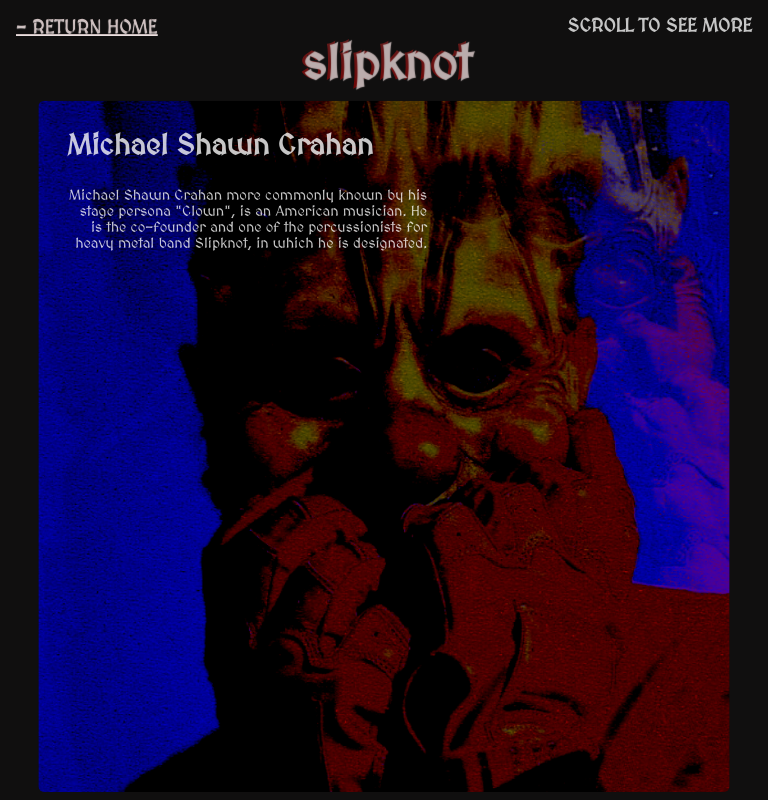
Repository: larissioana/artist-portfolio
Page: /band
The author's editor kept a copy of each file at every save. The page is drawn from the files as they stood at one save, then again after the next save.
The browser window is 768 px wide. The pictures show the whole page.
The project was rebuilt for these pictures with package versions that can differ from the ones it lists, and the page was loaded fresh each time. Also part of the build but not shown: vite.config.js, src/components/albums/albums.scss, src/utils/discography.js, src/components/modal/modal.scss, src/components/pageTransition/PageTransition.jsx, src/components/modal/Modal.jsx, src/components/albums/AlbumsPage.jsx, src/components/navigation/navigation.scss and 10 more.

Above is the page before, as saved 2024-11-04 11:01:18.

### index.html
<!doctype html>
<html lang="en">
  <head>
    <meta charset="UTF-8" />
    <link rel="icon" type="image/svg+xml" href="/public/img.png" />
    <meta name="viewport" content="width=device-width, initial-scale=1.0" />
    <link rel="preconnect" href="https://fonts.gstatic.com" crossorigin>
    <link rel="stylesheet" href="/src//index.css">
    <link href="https://fonts.googleapis.com/css2?family=MedievalSharp&display=swap" rel="stylesheet">
    <link rel="stylesheet" href="https://fonts.googleapis.com/css2?family=Material+Symbols+Outlined:opsz,wght,FILL,GRAD@20..48,100..700,0..1,-50..200" />
    <title>Artist Portfolio</title>
  </head>
  <body>
    <div id="root"></div>
    <script type="module" src="/src/main.jsx"></script>
  </body>
</html>

### src/index.css
*
{
  margin: 0;
  padding: 0;
  box-sizing: border-box;
  scrollbar-width: none;
}

body
{
  overflow-x: hidden;
  font-family: "MedievalSharp", cursive;
  background: rgb(16, 15, 15);
  color: rgb(198, 198, 198);
  scrollbar-width: none;
}

::-webkit-scrollbar {
 display: none;
}

img
{
  image-rendering: -webkit-optimize-contrast;
}

.link
{
  color: inherit;
  font-size: 1.2rem;
  text-transform: uppercase;
  color: rgb(205, 190, 190);
  text-shadow: 0px 1px 1px rgb(233, 223, 223);
}

### src/App.jsx
import { BrowserRouter, Routes, Route } from 'react-router-dom'
import AlbumsPage from './components/albums/AlbumsPage'
import Homepage from './components/homepage/Homepage'
import Tour from './components/tour/Tour'
import Films from './components/films/Films'
import { AnimatePresence } from 'framer-motion'
import PageTransition from './components/pageTransition/PageTransition'
import Band from './components/band/Band'

function App() {
  return (
    <BrowserRouter>
      <AnimatePresence layout="crossfade">
        <Routes>
          <Route path="/" element={<PageTransition><Homepage /></PageTransition>} />
          <Route path="/discography" element={<AlbumsPage />} />
          <Route path="/tour" element={<Tour />} />
          <Route path="/films" element={<Films />} />
          <Route path="/band" element={<Band />} />
        </Routes>
      </AnimatePresence>
    </BrowserRouter>
  )
}

export default App

### src/components/band/Band.jsx
import { useEffect, useRef, useState } from 'react'
import './band.css'
import { gsap } from 'gsap'
import { band } from '../../utils/band';
import Title from '../title/Title';
import { Link } from 'react-router-dom';

const Band = () => {
    const [currentSlide, setCurrentSlide] = useState(0);
    const slideRef = useRef([]);

    const handleScroll = (e) => {
        e.preventDefault();
        const { deltaY } = e;

        if (deltaY > 0) {
            setCurrentSlide((prev) => Math.min(prev + 1, band.length - 1))
        } else if (deltaY < 0) {
            setCurrentSlide((prev) => Math.max(prev - 1, 0))
        }
    };

    useEffect(() => {
        slideRef.current.forEach((slide, index) => {
            const isActive = index === currentSlide;
            gsap.to(slide, {
                scale: isActive ? 0.9 : 1,
                zIndex: isActive ? 10 : 1,
                duration: 0.5,
                ease: "power2.out",
                transform: `translateY(${(index - currentSlide) * 100}%)`
            })
        })
    }, [currentSlide]);

    useEffect(() => {
        window.addEventListener('wheel', handleScroll, { passive: false });
        return () => {
            window.removeEventListener('wheel', handleScroll);
        };
    }, []);

    return (
        <div className="band-container">
            <div className="band-link">
                <Link to="/" className="link"> {"- Return home"}</Link>
            </div>
            <div className="scroll">
                <h3>Scroll to see more</h3>
            </div>
            <Title />
            {
                band.map((artist, index) => {
                    return <div
                        key={artist.id}
                        ref={(el) => (slideRef.current[index] = el)}
                        className="slide"
                        style={{
                            position: 'absolute',
                            top: 0,
                            left: 0,
                            width: '100%',
                            height: '100%',
                            display: 'flex',
                            borderRadius: ".4rem",
                            justifyContent: 'center',
                            alignItems: 'center',
                            zIndex: index === currentSlide ? 10 : 1,
                            opacity: index === currentSlide ? 1 : 0,
                        }}
                    >
                        <img src={artist.img} alt={artist.name} />
                        <h1>{artist.name}</h1>
                        <p>{artist.description}</p>
                    </div>
                })
            }
        </div>
    )
}

export default Band

### src/components/title/Title.jsx
import { useState, useEffect } from 'react'
import { Link, useLocation } from 'react-router-dom'
import './title.css'

const Title = () => {
    const [isScrolling, setIsScrolling] = useState(false);
    const location = useLocation();
    const pathname = location.pathname;

    useEffect(() => {
        const handleScroll = () => {
            if (window.scrollY > 40) {
                setIsScrolling(true);
            } else {
                setIsScrolling(false);
            }
        };
        window.addEventListener('scroll', handleScroll);
        return () => {
            window.removeEventListener('scroll', handleScroll);
        };
    }, []);

    return (
        <div className="title">
            <Link to="/" className="logo" style={{
                fontSize: isScrolling ? "2rem" : "3rem",
                textShadow: pathname === '/' ? " 3px 1px 1px rgb(172, 14, 14)" : "",
                marginTop: pathname === '/band' ? "2rem" : ""
            }}>Slipknot</Link>
        </div>
    )
}

export default Title

### src/components/band/band.css
.band-container
{
    position: relative;
    height: 100vh;
    overflow: hidden;
    width: 100%;
}

.band-link
{
    position: absolute;
    top: 1rem;
    left: 1rem;
    z-index: 99;
}

.scroll
{
    position: absolute;
    right: 1rem;
    top: 1rem;
}

.scroll h3
{
    text-transform: uppercase;
}

.slide
{
    transition: transform 0.5s ease, opacity 0.5s ease;
    padding-top: 2rem;
}

.slide img
{
    width: 100%;
    height: 100%;
    object-fit: cover;
    object-position: top;
    border-radius: .4rem;
}

.slide h1
{
    position: absolute;
    top: 4rem;
    left: 2rem;
    mix-blend-mode: screen;
}

.slide p
{
    position: absolute;
    top: 8rem;
    left: 2rem;
    max-width: 400px;
    text-align: end;
    font-size: clamp(1rem, 2vw, 1.1rem);
    mix-blend-mode: screen;
}

@media screen and (max-width: 768px)
{
    .slide
    {
        margin-top: 2rem;
    }
}

### src/utils/band.js
import shawn from '../assets/shawn.png'
import corey from '../assets/corey.png'
import jim from '../assets/jim.png'
import mick from '../assets/mick.png'
import sid from '../assets/sid.png'
import pfaff from '../assets/pfaff.png'
import alessandro from '../assets/alessandro.png'
import eloy from '../assets/eloy.png'

export const band = [
    {
        id: 1,
        name: "Michael Shawn Crahan",
        description: 'Michael Shawn Crahan more commonly known by his stage persona "Clown", is an American musician. He is the co-founder and one of the percussionists for heavy metal band Slipknot, in which he is designated.',
        img: shawn
    },
    {
        id: 2,
        name: "Corey Todd Taylor",
        description: "Corey Todd Taylor is an American musician, songwriter, author and actor. He is the lead vocalist of the heavy metal band Slipknot, in which he is designated, as well as the lead vocalist, guitarist, lyricist, and sole continuous member of the rock band Stone Sour.",
        img: corey
    },
    {
        id: 3,
        name: "James Donald Root",
        description: "James Donald Root is an American guitarist. He is one of two guitarists for heavy metal band Slipknot, in which he is designated, as well as the former lead guitarist for rock band Stone Sour.",
        img: jim
    },
    {
        id: 4,
        name: 'Mick Thomson',
        description: 'Mickael Gordon "Mick" Thomson is an American musician. He is one of two guitarists for the heavy metal band Slipknot, in which he is designated.',
        img: mick
    },
    {
        id: 5,
        name: "Sid Wilson",
        description: "Sidney George Wilson is an American DJ and keyboardist. He is the turntablist for the heavy metal band Slipknot, in which he is designated.",
        img: sid
    },
    {
        id: 6,
        name: "Michael Pfaff",
        description: "Michael Pfaff also known as Tortilla Man, is an American musician, best known as one of the two current percussionists of heavy metal band Slipknot. He was also a member of the alternative rock band Dirty Little Rabbits as their keyboardist with Slipknot bandmate Shawn Crahan.",
        img: pfaff
    },
    {
        id: 7,
        name: "Alessandro Venturella",
        description: `Alessandro "Alex" Giovanni Venturella is a British musician who is the current bassist for American heavy metal band Slipknot. He previously has served as a lead guitarist for Krokodil and Cry for Silence. Earlier in his career, he was the touring guitar tech for Mastodon's Brent Hinds, Coheed and Cambria, Architects, and Fightstar.`,
        img: alessandro
    },
    {
        id: 8,
        name: "Eloy Casagrande",
        description: "Eloy Casagrande is a Brazilian musician, best known as the former drummer of Brazilian heavy metal band Sepultura. He is currently the drummer of Slipknot and Casagrande & Hanysz.",
        img: eloy
    }
]

### src/components/title/title.css
.title
{
    display: flex;
    justify-content: center;
    align-items: center;
    position: fixed;
    top: 0.3rem;
    left: 50%;
    transform: translateX(-50%);
    z-index: 99;
}
    .logo
    {
      background: linear-gradient(180deg, rgb(98, 28, 28), rgb(110, 3, 3));
      text-transform: lowercase;
      transition: all .5s ease-in;
      -webkit-background-clip: text;
      background-clip: text;
      color: transparent;
      font-weight: bolder;
      text-decoration: none;
      text-shadow: 3px 1px 1px rgb(172, 14, 14);
      text-shadow: 3px 1px 1px rgb(186, 172, 172);
    }

### src/components/header/header.scss
.header-img
{
  object-fit: cover;
  width: 100%;
  position: absolute;
  object-position: right;
  top: 0;
  left: 0;
  z-index: -1;
  height: 105vh;
}
.description
{
  width: 100%;
  overflow: hidden;
  white-space: nowrap;
  padding: 1rem;
  position: absolute;
  top: 80%;
  transform: translateY(-80%);
  color: rgb(242, 239, 239);
div
{
  display: inline-flex;
  align-items: center;
  font-weight: bolder;
  gap: 1rem;
  min-width: 200%;
  font-size: clamp(1rem, 2vw, 2.5rem);
  text-align: center;
  animation: slide 20s linear infinite;
  mix-blend-mode: multiply;
}
}

.btn
{
    border: 1px solid #7b7b7b;
    border-radius: 5rem 10rem;
    color: rgb(236, 234, 234);
    background: linear-gradient(to right, rgba(0, 0, 0, 0.6), rgb(39, 37, 38));
    backdrop-filter: blur(8px);
    font-weight: bolder;
    text-transform: capitalize;
    font-size: 1rem;
    padding: 1rem;
    cursor: pointer;
    position: absolute;
    bottom: 1rem;
    left: 1rem;
    transition: background .3s ease-in;
    &:hover
    {
      background: rgb(29, 29, 29);
    }
}


@keyframes slide
{
    0% {
      transform: translateX(0%);
    }
    100% {
      transform: translateX(-50%);
    }
}

@media screen and (max-width: 600px)
{
  .title
  {
    top: 4rem
  }
}

Loaded but not shown: src/main.jsx (common file)

After the next save:
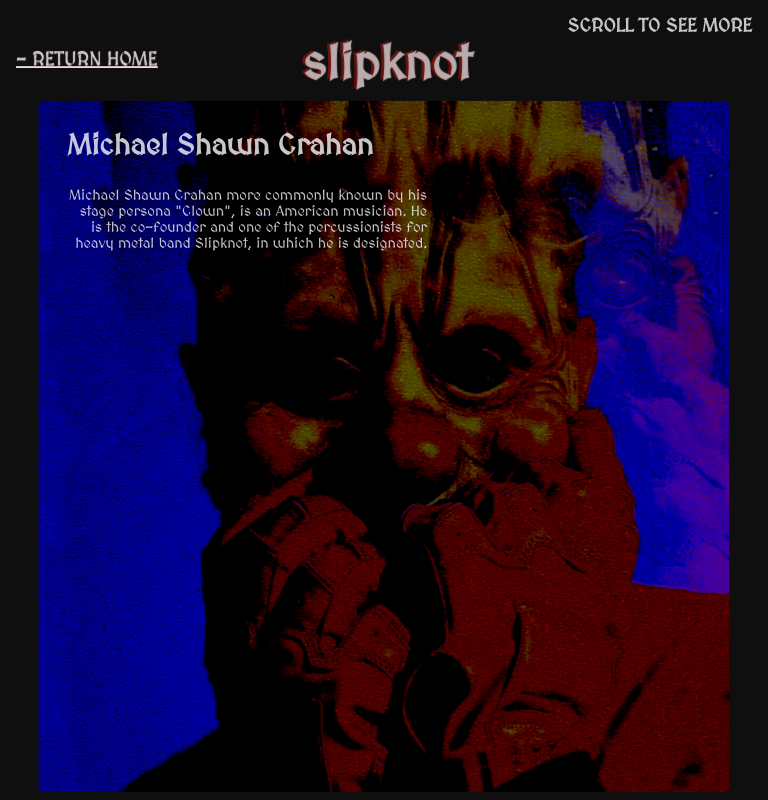
Saved 39 s later.
--- a/src/components/band/band.css
+++ b/src/components/band/band.css
@@ -66,4 +66,9 @@
     {
         margin-top: 2rem;
     }
+
+    .band-link
+    {
+        padding-top: 2rem;
+    }
 }

After the 3 saves that followed:
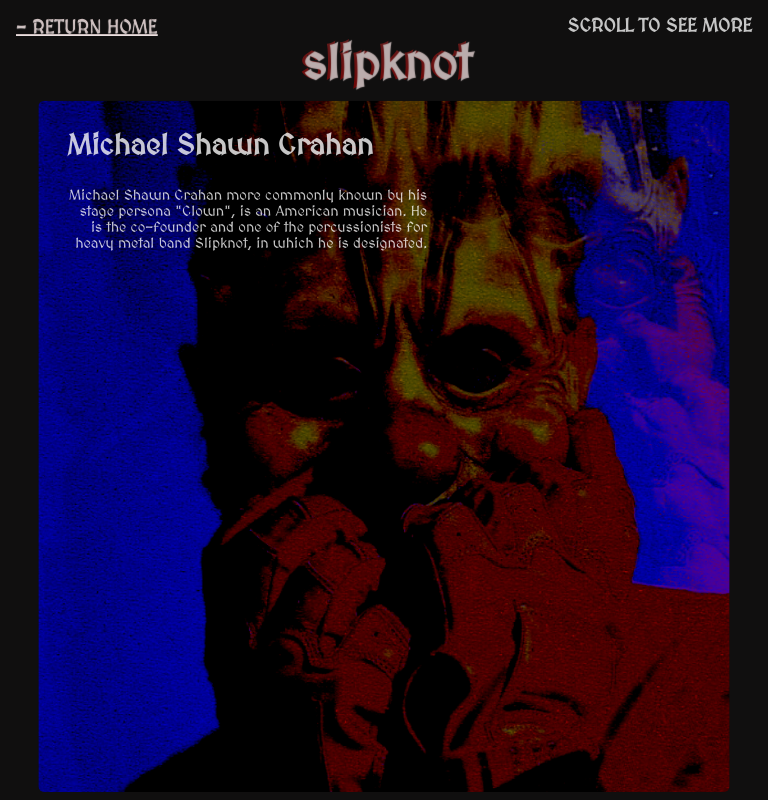
The 3 saves are shown as one change because 1 left the picture as it was and some came seconds apart.
The last was saved 19 s later.
--- a/src/components/band/Band.jsx
+++ b/src/components/band/Band.jsx
@@ -48,7 +48,9 @@
             <div className="scroll">
                 <h3>Scroll to see more</h3>
             </div>
-            <Title />
+            <div className="title-link">
+                <Title />
+            </div>
             {
                 band.map((artist, index) => {
                     return <div
--- a/src/components/band/band.css
+++ b/src/components/band/band.css
@@ -67,7 +67,7 @@
         margin-top: 2rem;
     }
 
-    .band-link
+    .title-link
     {
         padding-top: 2rem;
     }
